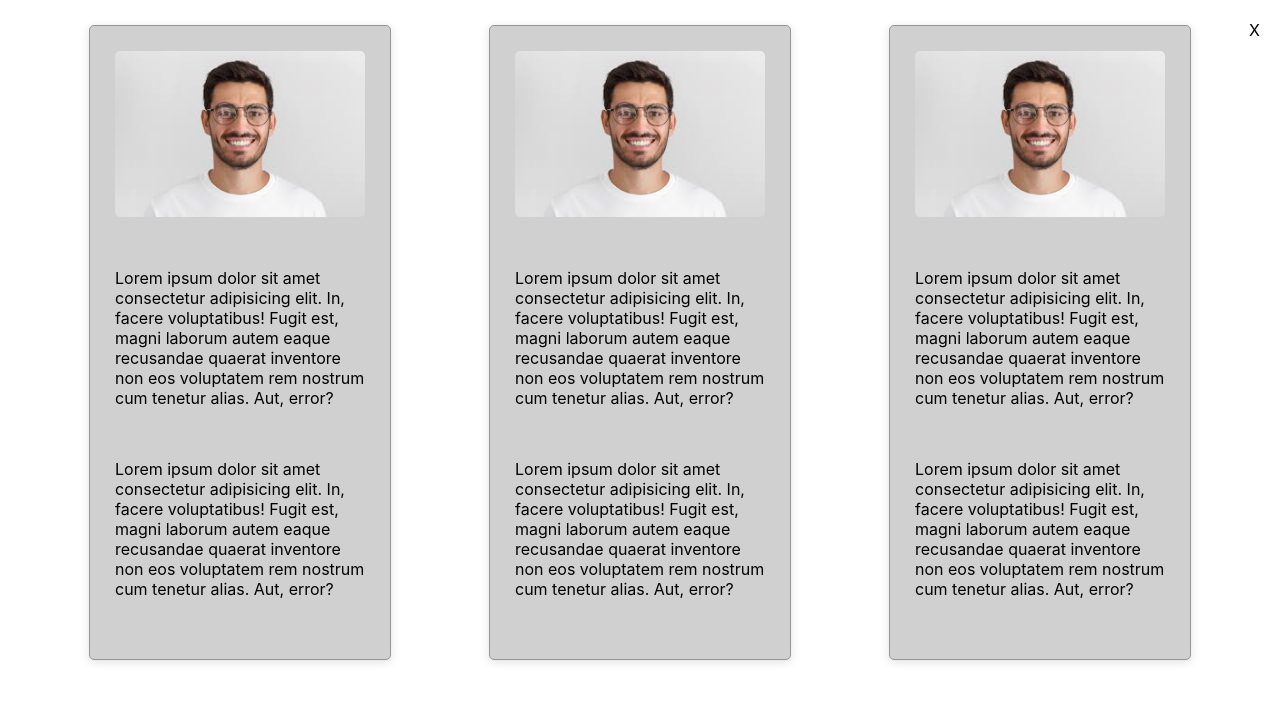
Repository: mikelnorth/team-profile-demo
Page: /
These files come from the project's save history. The page is drawn as it stood at one moment and after the next save; the edit follows.
The browser window is 1280 px wide. The pictures show the whole page.
The project was rebuilt for these pictures with package versions that can differ from the ones it lists, and the page was loaded fresh each time.

Above is the page before, as saved 2022-05-19 19:13:00.

### src/App.js
import { useState } from 'react';
import './App.scss';
import Card from './components/Card';
import { getPeople } from './api/person.js';
import React from 'react';

function App() {

  const [people, setPeople] = useState(getPeople());

  return (
    <div className="App">
      <nav className="nav">X</nav>

      <main>
        <Card/>
        <Card/>
        <Card/>
      </main>

    </div>
  );
}

export default App;

### src/App.scss
nav {
  position: absolute;
  top: 20px;
  right: 20px;
}

main {
  display: flex;
  justify-content: space-around;
  max-width: 1200px;
  margin: auto;
  padding: 25px;
}

### src/components/Card.js
import headshot from "../assets/images/stock-head.jpeg";
import './Card.scss';

export default function Card() {
  return (
    <section className="card">
      <img src={headshot} alt="headshot" />
      <p>
        Lorem ipsum dolor sit amet consectetur adipisicing elit. In, facere
        voluptatibus! Fugit est, magni laborum autem eaque recusandae quaerat
        inventore non eos voluptatem rem nostrum cum tenetur alias. Aut, error?
      </p>
      <p>
        Lorem ipsum dolor sit amet consectetur adipisicing elit. In, facere
        voluptatibus! Fugit est, magni laborum autem eaque recusandae quaerat
        inventore non eos voluptatem rem nostrum cum tenetur alias. Aut, error?
      </p>
    </section>
  );
}

### src/api/person.js
import headshot from "../assets/images/stock-head.jpeg"

export function getPeople() {
  return [
    {
      image: headshot,
      text: "Lorem ipsum dolor sit amet consectetur adipisicing elit. Maiores dicta id, voluptatum consectetur, rem obcaecati nulla veniam quasi cupiditate consequatur impedit architecto neque amet magni accusamus ex! Rerum, ipsa quo."
    }
  ];
}

### src/components/Card.scss
.card {
  display: flex;
  flex-direction: column;
  width: 250px;
  padding: 25px;
  background-color: #d0d0d0;
  border: 1px solid #969696;
  border-radius: 5px;
  box-shadow: rgba(99, 99, 99, 0.2) 0px 2px 8px 0px;

  img {
    border-radius: 5px;
  }

  p, img {
    margin-bottom: 35px;
  }
}

Loaded but not shown: public/index.html (common file); src/index.js (common file); src/index.css (common file); src/reportWebVitals.js (common file)

After the next save:
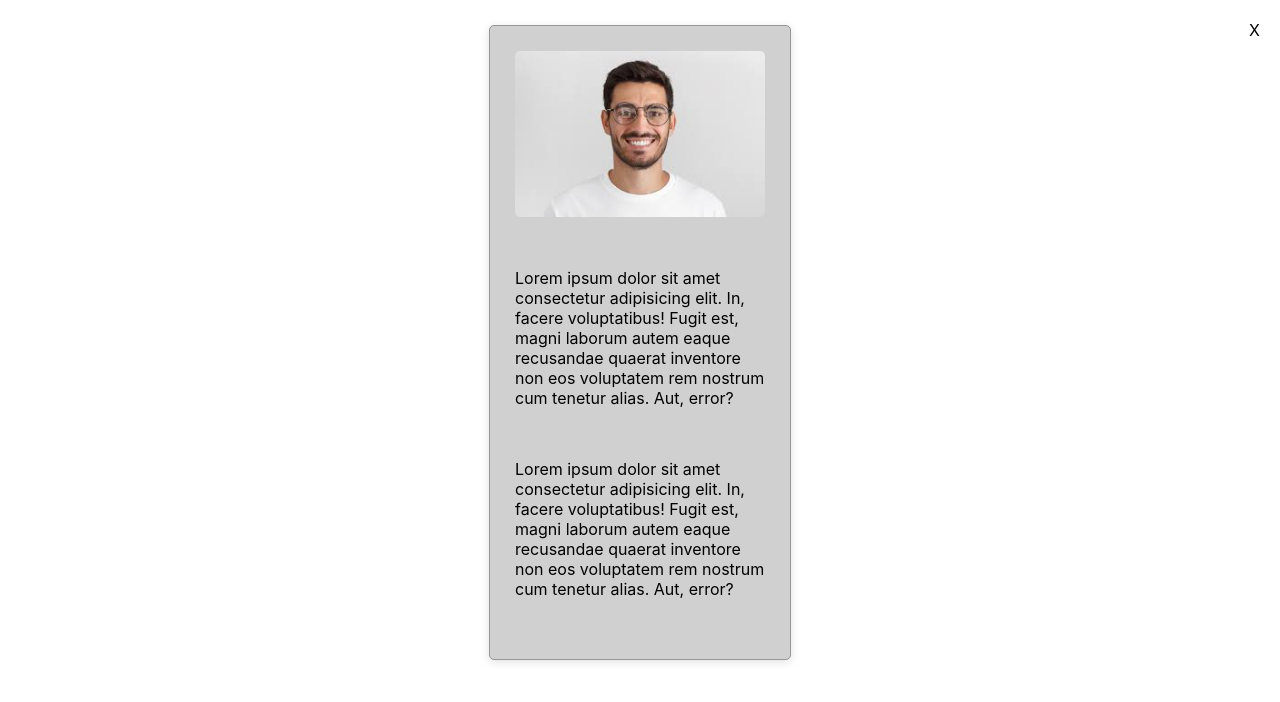
Saved 114 s later.
--- a/src/App.js
+++ b/src/App.js
@@ -13,9 +13,9 @@ function App() {
       <nav className="nav">X</nav>
 
       <main>
-        <Card/>
-        <Card/>
-        <Card/>
+        {people.map(() => {
+          return <Card/>
+        })}
       </main>
 
     </div>
